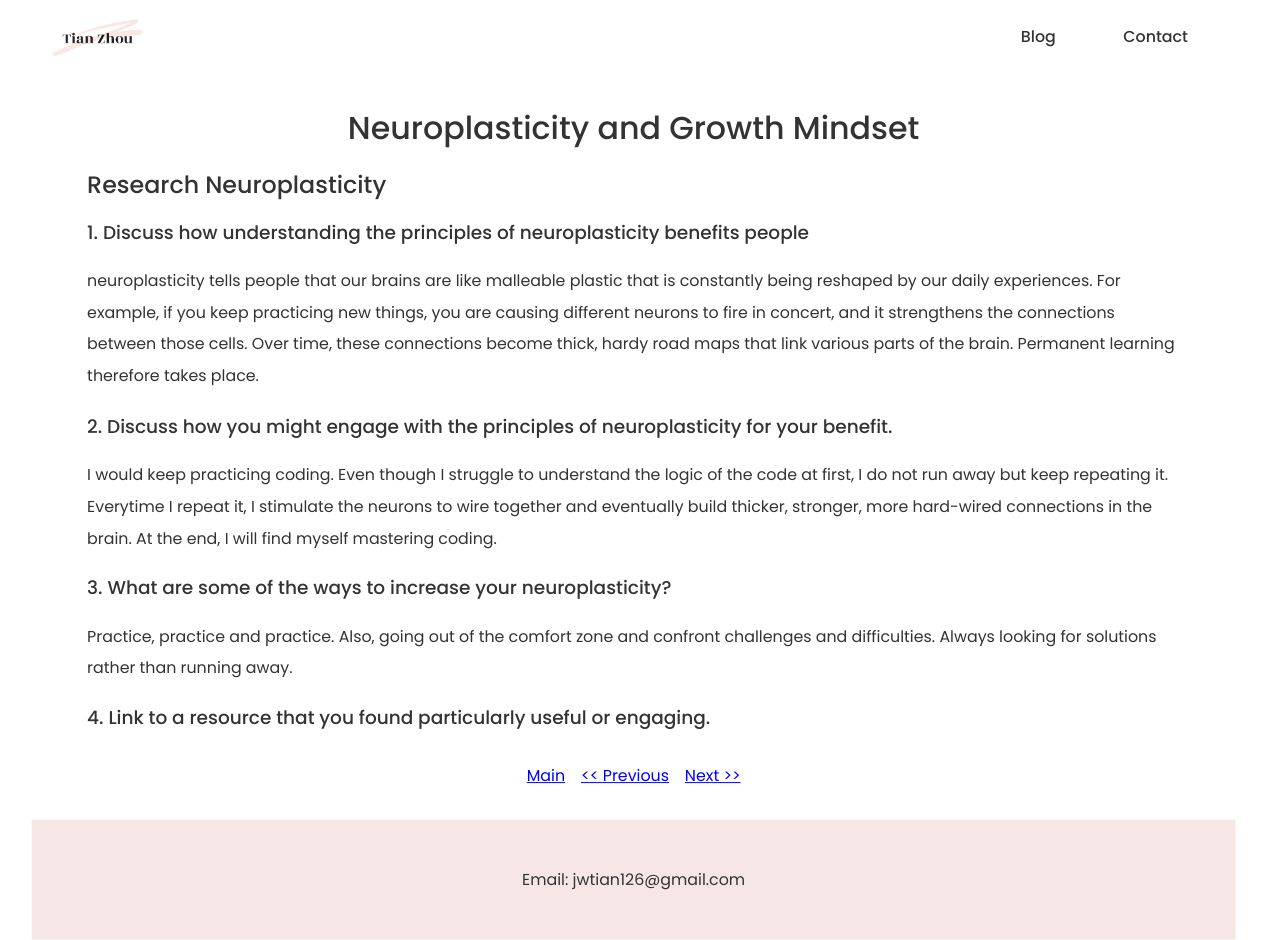
Repository: Tiaanz/Tiaanz.github.io
Page: blog/neuroplasticity.html
The author's editor kept a copy of each file at every save. The page is drawn from the files as they stood at one save, then again after a run of saves.
The browser window is 1280 px wide. The pictures show the whole page, at 99% of full size.

Above is the page before, as saved 2023-01-30 14:31:08.

### blog/neuroplasticity.html
<!DOCTYPE html>
<html lang="en">

<head>
    <meta charset="UTF-8">
    <meta http-equiv="X-UA-Compatible" content="IE=edge">
    <meta name="viewport" content="width=device-width, initial-scale=1.0">
    <link rel="stylesheet" href="../styles/main.css">
    <link href="https://fonts.googleapis.com/css2?family=Poppins:wght@300;400;500;600;700;800&display=swap"
        rel="stylesheet">
    <title>Neuroplasticity and Growth Mindset</title>
</head>

<body>
    <div class="container">
        <header>
            <div class="logo">
                <a href="../index.html"><img src="../images/logo.png" alt="logo"></a>
            </div>
            <div class="nav">
                <a href="../index.html#blogs">Blog</a>
                <a href="#footer">Contact</a>
            </div>
        </header>
        <main class="main-blog">
            <h1>Neuroplasticity and Growth Mindset</h1>
            <h2>Research Neuroplasticity</h2>
            <h3>1. Discuss how understanding the principles of neuroplasticity benefits people</h3>
            <p>neuroplasticity tells people that our brains are like malleable plastic that is constantly being reshaped
                by our daily experiences. For example, if you keep practicing new things, you are causing different
                neurons to fire in concert, and it strengthens the connections between those cells. Over time, these
                connections become thick, hardy road maps that link various parts of the brain. Permanent learning
                therefore takes place.
            </p>
            <h3>2. Discuss how you might engage with the principles of neuroplasticity for your benefit.</h3>
            <p>I would keep practicing coding. Even though I struggle to understand the logic of the code at first, I do not run away but keep repeating it. Everytime I repeat it, I stimulate the neurons to wire together and eventually build thicker, stronger, more hard-wired connections in the brain. At the end, I will find myself mastering coding.</p>
            <h3>3. What are some of the ways to increase your neuroplasticity?</h3>
            <p>Practice, practice and practice. Also, going out of the comfort zone and confront challenges and difficulties. Always looking for solutions rather than running away.</p>
            <h3>4. Link to a resource that you found particularly useful or engaging.</h3>
            <div class="page-nav">
                <a href="../index.html">Main</a>
                <a href="./emotional-intelligence.html"> &lt&lt Previous</a>
                <a href="#">Next >></a>
            </div>
        </main>
        <footer id="footer">
            <span>Email: jwtian126@gmail.com</span>
        </footer>
    </div>
</body>

</html>

### styles/main.css
* {
  margin: 0;
  padding: 0;
  box-sizing: border-box;
}

a {
  text-decoration: none;
  color: #333;
}



li{
  list-style: none;
}

img {
  max-width: 100%;
  height: auto;
  vertical-align: middle;
}

body {
  font-family: "Poppins", sans-serif;
  color: #333;
}

.container {
  display: flex;
  flex-direction: column;
  width: 95vw;
  margin: 0 auto;

}

header {
  display: flex;
  justify-content: space-between;
  align-items: center;
  padding: 1rem;
}

.logo {
  width: 100px;
  height: auto;
}



.nav a {
  margin: 0 1rem;
  padding: 0 1rem;
  font-weight: 500;
}

.nav a:hover {
  background-color: #f6e7e6;
}

main {
  display: flex;
  padding: 2rem 3rem;
}

main .profile-image {
  width: 100%;
  flex: 1.5;
  margin-right: 2rem;

}

main .introduction {
  flex: 1;
}

main .introduction h1 {
  margin-bottom: 1.5rem;
  font-weight: 500;
  font-size: 2.5rem;
}

main .introduction p {
  line-height: 2rem;
}

.blogs{
  display: flex;
  padding:1rem 3rem;
  margin-bottom: 2rem;

}

.blogs .tech-blog, .blogs .core-blog {
  flex:1;
  padding:0 3px;
  margin:0 3rem;
  text-align: center;
  border:2px solid #f6e7e6;
  border-radius: 20px;
}



.blogs h3{
  margin: 1rem 0;
  font-weight: 600;
  text-align: center;

}



.blogs a{
  text-decoration: underline;
  line-height: 2rem;
}

.main-blog{
    flex-direction: column;
    align-self: center;
    max-width: 1200px;
}

.main-blog h1{
  margin-bottom: 1rem;
  text-align: center;
  font-size: 2rem;
  font-weight: 500;

}

.main-blog h2{
  font-weight: 500;
}

.main-blog h3{
  font-weight: 500;
  margin:1rem 0;
}

.main-blog ul li{
  margin-bottom: 0.5rem;
}

.main-blog .css-image{
 max-width: 300px;
 margin: 1rem 0;
}

.main-blog .div-image{
  max-width: 600px;
  margin-top: 1rem;
 }

 .main-blog p{
  margin: 0.2rem 0;
  line-height: 2rem;
 }

 .main-blog .page-nav{
  margin-top: 1rem;
  display: flex;
  gap:1rem;
  justify-content: center;
 }

 .main-blog .page-nav a{
  color:blue;
  text-decoration: underline;
 }

footer {
  padding: 3rem;
  background-color: #f6e7e6;
  text-align: center;
}

@media screen and (max-width: 1200px) {
  main {
    flex-direction: column;
  }

  main .introduction h1 {
    margin-top: 1rem;
    text-align: center;
  }

  main .introduction p {
    line-height: 2rem;
  }

  .blogs{
  flex-direction: column;
  gap:2rem;
  }

  .blogs .tech-blog, .blogs .core-blog{
    margin:0;
  }

}

@media screen and (max-width: 768px) {
  main {
    padding: 2rem;
  }

  main .introduction h1 {
    font-size: 2rem;
  }

  .main-blog h1{
    font-size: 1.5rem;
  }
}

@media screen and (max-width: 400px) {

    .nav a {
        margin: 0;
        padding: 0 0.4rem;
      }

      .blogs a{
        line-height: 2.5rem;
      }

  }

@media screen and (max-width: 320px) {


  main .introduction h1 {
    font-size: 1rem;
    margin-bottom: 1rem;
  }

  .main-blog h1{
    font-size: 1.2rem;
  }
}

After the next 2 saves:
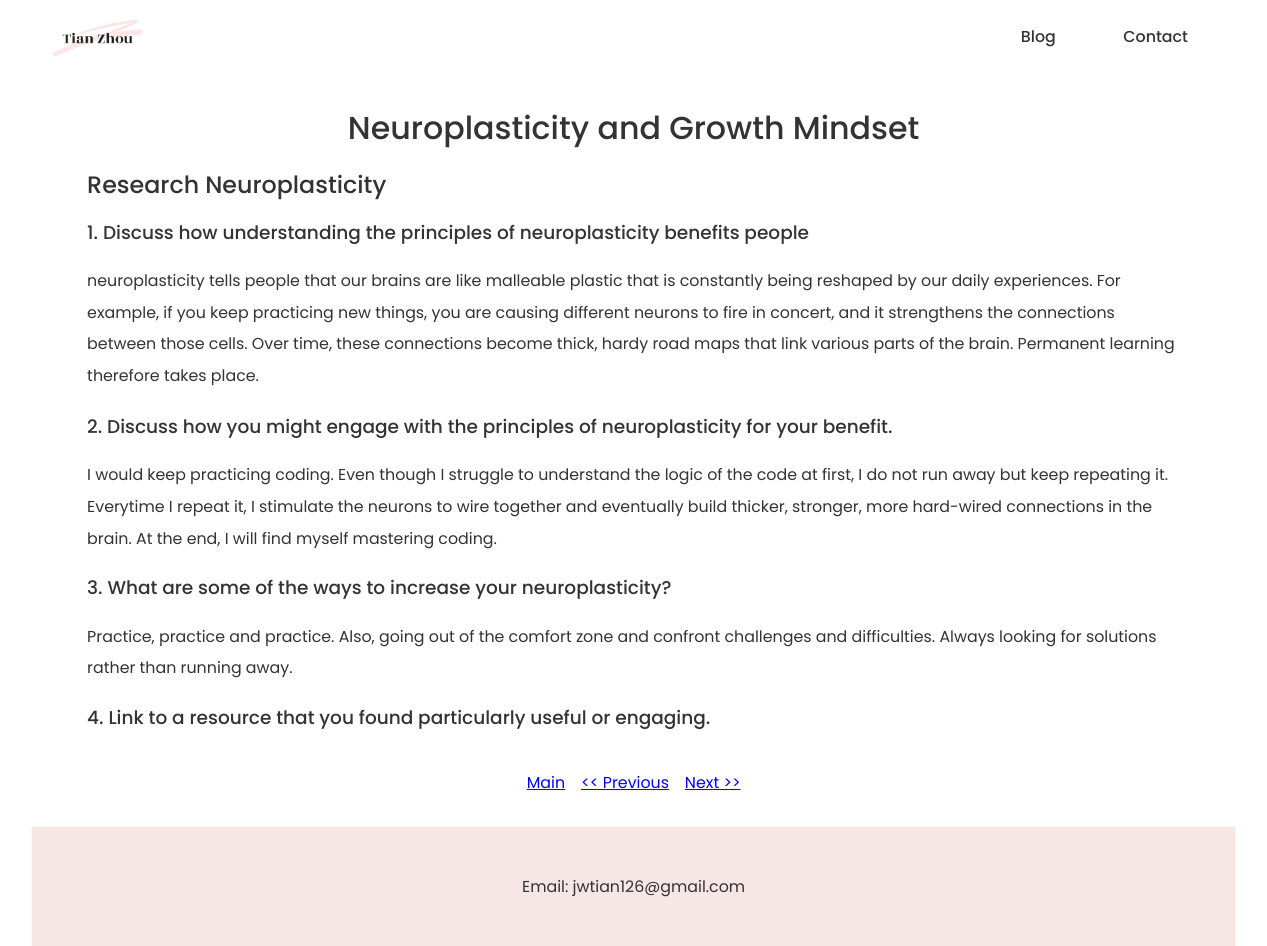
The 2 saves are shown as one change because they came seconds apart.
The last was saved 5 s later.
--- a/blog/neuroplasticity.html
+++ b/blog/neuroplasticity.html
@@ -37,6 +37,7 @@
             <h3>3. What are some of the ways to increase your neuroplasticity?</h3>
             <p>Practice, practice and practice. Also, going out of the comfort zone and confront challenges and difficulties. Always looking for solutions rather than running away.</p>
             <h3>4. Link to a resource that you found particularly useful or engaging.</h3>
+            <p></p>
             <div class="page-nav">
                 <a href="../index.html">Main</a>
                 <a href="./emotional-intelligence.html"> &lt&lt Previous</a>
